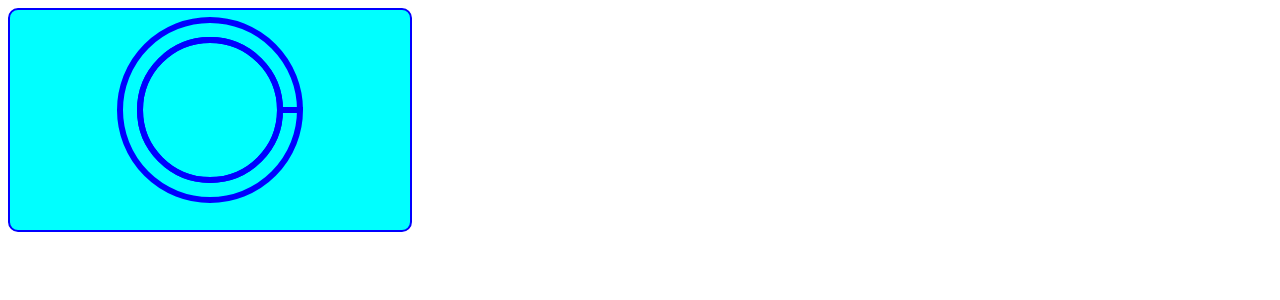
Repository: Tan-Khang21/TH_TKW--Buoi_05
Page: Bai_Tap_Ve_Nha/Bai_01/canvas10.html
These files come from the project's save history. The page is drawn as it stood at one moment and after the next save; the edit follows.
The browser window is 1280 px wide. The pictures show the whole page.

Above is the page before, as saved 2024-03-10 21:43:43.

### Bai_Tap_Ve_Nha/Bai_01/canvas10.html
<!DOCTYPE html>
<html lang="en">
  <head>
    <meta charset="UTF-8" />
    <meta name="viewport" content="width=device-width, initial-scale=1.0" />
    <title>Document</title>
  </head>
  <body>
    <canvas
      id="myCanvas"
      style="
        border: 2px solid blue;
        background-color: aqua;
        border-radius: 10px;
      "
      width="400px"
      height="220px"
    ></canvas>
    <script>
      var canvas = document.getElementById("myCanvas"),
        ctx = canvas.getContext("2d");
      ctx.beginPath();
      ctx.arc(200, 100, 70, 0, 2 * Math.PI);
      ctx.strokeStyle = "blue";
      ctx.lineWidth = 6;
      ctx.stroke();
      ctx.arc(200, 100, 90, 0, 2 * Math.PI);
      ctx.strokeStyle = "blue";
      ctx.lineWidth = 6;
      ctx.stroke();
    </script>
  </body>
</html>

After the next save:
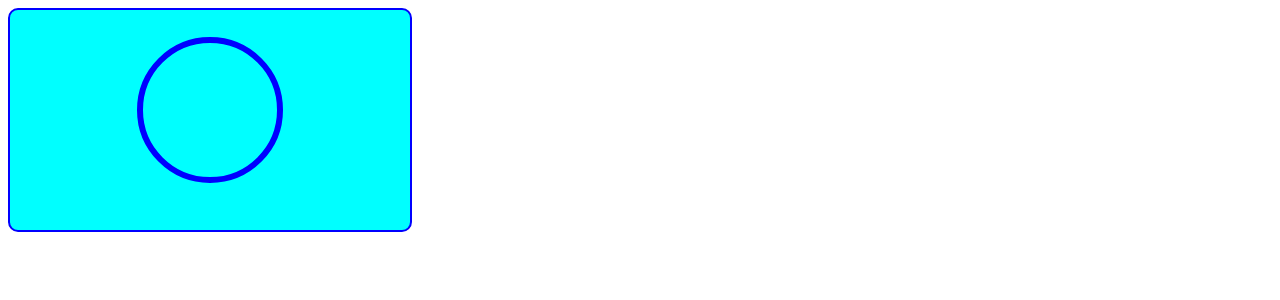
Console error: ReferenceError: closePath is not defined
Saved 50 s later.
--- a/Bai_Tap_Ve_Nha/Bai_01/canvas10.html
+++ b/Bai_Tap_Ve_Nha/Bai_01/canvas10.html
@@ -24,6 +24,7 @@
       ctx.strokeStyle = "blue";
       ctx.lineWidth = 6;
       ctx.stroke();
+      closePath();
       ctx.arc(200, 100, 90, 0, 2 * Math.PI);
       ctx.strokeStyle = "blue";
       ctx.lineWidth = 6;

After the 2 saves that followed:
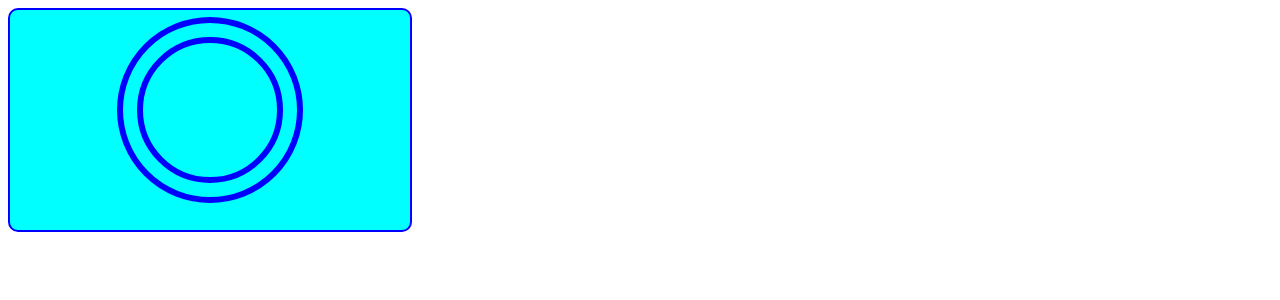
The error is gone.
The 2 saves are shown as one change because 1 left the picture as it was.
The last was saved 25 s later.
--- a/Bai_Tap_Ve_Nha/Bai_01/canvas10.html
+++ b/Bai_Tap_Ve_Nha/Bai_01/canvas10.html
@@ -24,7 +24,8 @@
       ctx.strokeStyle = "blue";
       ctx.lineWidth = 6;
       ctx.stroke();
-      closePath();
+
+      ctx.beginPath();
       ctx.arc(200, 100, 90, 0, 2 * Math.PI);
       ctx.strokeStyle = "blue";
       ctx.lineWidth = 6;
